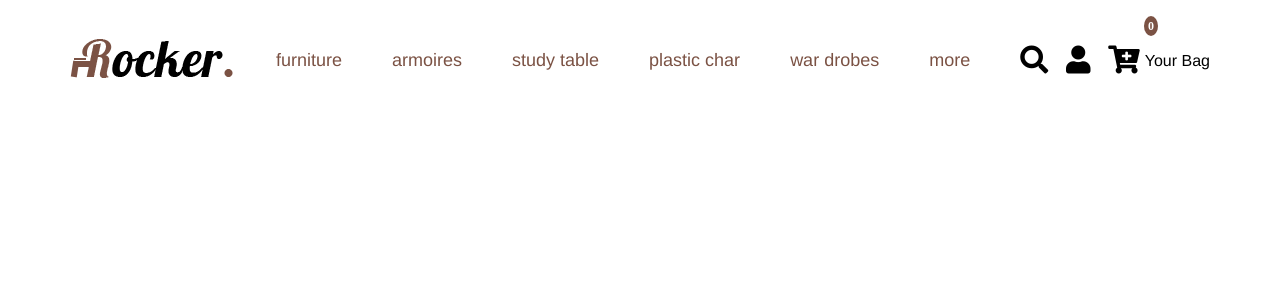
Repository: Ahmed123rezk123/p2-template
Page: index.html
An editor plug-in stored every save of this project. The page is shown before and after a run of saves, followed by the edit.
The browser window is 1280 px wide. The pictures show the whole page.

Above is the page before, as saved 2024-01-21 20:18:19.

After the next 4 saves:
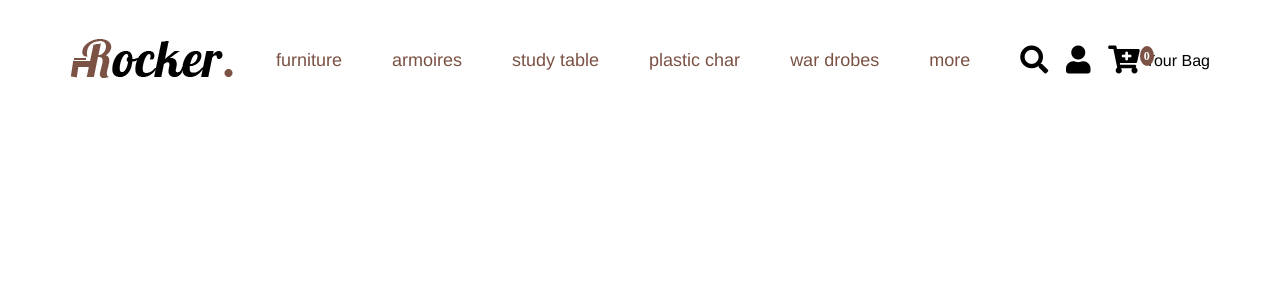
The 4 saves are shown as one change because they came seconds apart.
The last was saved 16 s later.
--- a/css/style.css
+++ b/css/style.css
@@ -91,9 +91,9 @@
     color: #fff;
     padding: 4px;
     border-radius: 50%;
-    top: 16px;
+
     font-size: 12px;
-    right: 67px;
+
     }
 
 /* End Header */
